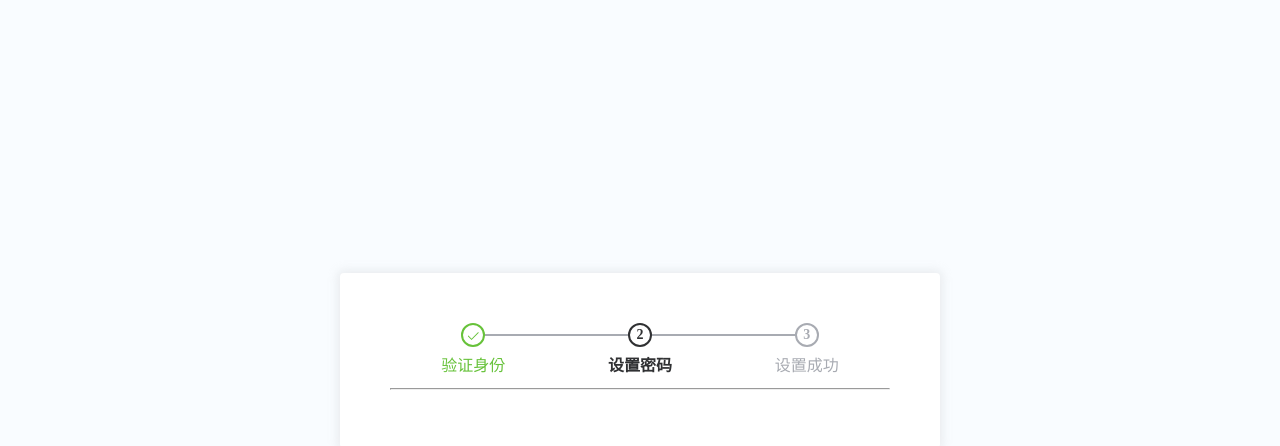
Repository: Harmony-camp/ckw-manager
Page: /#/ForgotPassword (app in manage/)
The author's editor kept a copy of each file at every save. The page is drawn from the files as they stood at one save, then again after the next save.
The browser window is 1280 px wide. The pictures show the whole page.
The project was rebuilt for these pictures with package versions that can differ from the ones it lists, and the page was loaded fresh each time. Also part of the build but not shown: manage/vite.config.js.

Above is the page before, as saved 2023-05-27 10:14:18.

### manage/src/main.js
import { createApp } from 'vue'
import router from './router'
import ElementPlus from 'element-plus'
import 'element-plus/dist/index.css'
import App from './App.vue'
import store from './store'
import * as ELIcons from '@element-plus/icons-vue'
import storage from './utils/storage'

const app = createApp(App)

app.directive("has",{
	beforeMount:(el,binding)=>{

		let actionList = storage.getItem("actionList")
		let value = binding.value
		let hasPermission = actionList.includes(value)
		if(!hasPermission){
			el.style="display:none"
			setTimeout(()=>{
				el.parentNode.removeChild(el)
			},0)
		}
	}
})

for (let iconName in ELIcons) {
	app.component(iconName, ELIcons[iconName])
}

app.use(router).use(store).use(ElementPlus).mount('#app')

### manage/src/router/index.js
import { createRouter, createWebHashHistory } from 'vue-router'
import { defineAsyncComponent } from 'vue'

import storage from '../utils/storage'
import {getPermissionList} from '../api'
import utils from '../utils/utils'

const routes = [
  {
    name: "home",
    path: "/",
    component: ()=>import("../components/Home.vue"),
    redirect: "Welcome",
    meta: {
      title: "首页"
    },
    children: [
      {
        name: "welcome",
        path: "/welcome",
        meta: {
          title: "欢迎使用本系统"
        },
        component: () => import("../views/Welcome.vue")
      },
      {
        name: "profile",
        path: "/profile",
        redirect: "analysis",
        meta: {
          title: "个人中心"
        },
        component: () => import("../views/profile/index.vue"),
        children:[
          {
            name: "analysis",
            path: "/profile/analysis",
            meta: {
              title: "个人整体分析"
            },
            component: () => import("../views/profile/Analysis.vue"),
          },
          {
            name: "award-time",
            path: "/profile/award-time",
            meta: {
              title: "获奖时间"
            },
            component: () => import("../views/profile/AwardTime.vue"),
          },
        ]
      },
    ]
  },

  {
    name: "login",
    path: "/login",
    meta: {
      title: "登录"
    },
    component: () => import("../views/login/Login.vue")
  },
  {
    name: "register",
    path: "/register",
    meta: {
      title: "注册"
    },
    component: () => import("../views/login/Register.vue")
  },
  {
    name: "ForgotPassword",
    path: "/ForgotPassword",
    meta: {
      title: "注册"
    },
    component: () => import("../views/login/ForgotPassword.vue")
  },

  {
    name: "404",
    path: "/404",
    meta: {
      title: "页面不存在"
    },
    component: () => import("../views/login/404.vue")
  },

]

const router = createRouter({
  history: createWebHashHistory(),
  routes
})

async function loadAsyncRoutes(){
  let userinfo  = storage.getItem("userinfo") || {}
  if(userinfo.token){
    try{
      const {menuList} =  await getPermissionList()
      let routes = utils.generateRoute(menuList)
      routes.map(route=>{
        let url = `../views/${route.component}.vue`
        route.component =  ()=>import(/* @vite-ignore */url)
        router.addRoute("home",route)
      })
    }catch(error){
      console.log('error :>> ', error);
    }
  }
}

await loadAsyncRoutes()
function checkPermission(path){
  let routes =[]
  router.getRoutes().forEach(item=>{
    routes.push(item.path)
  })
  return routes.includes(path)
}

router.beforeEach((to,form,next)=>{
  if(checkPermission(to.path) || to.path =="/"){
    document.title = to.meta.title
    next()
  }else{
    next("/404")
  }
})

export default router

### manage/src/App.vue
<template>
  <router-view></router-view>
</template>

<script setup>

</script>

<style lang="scss">
@import './assets/style/reset.css';
@import './assets/style/index.scss';
</style>

### manage/src/store/index.js
/**
 * vuex状态管理
 */
import {createStore} from 'vuex'
import mutations from './mutations'
import storage from '../utils/storage'

const state = {
  userinfo:storage.getItem("userinfo") || {},
  menuLit:storage.getItem("menuList") || [],
  actionList :storage.getItem("actionListList") || [],
  noticeCount:0
}

export default createStore({
  state,
  mutations
})

### manage/src/utils/storage.js
/**
 * Storage二次封装
 * @author yyy
 */
import config from "../config"

export default{
  setItem(key,val){
    let storage = this.getStorage()
    storage[key] = val
    window.localStorage.setItem(config.namespace,JSON.stringify(storage))
  },
  getItem(key){
    return this.getStorage()[key]
  },
  getStorage(){
    return JSON.parse( window.localStorage.getItem(config.namespace )|| "{}")
  },
  clearItem(key){
    let storage = this.getStorage()
    delete storage[key]
    window.localStorage.setItem(config.namespace,JSON.stringify(storage))
  },
  clearAll(){
    window.localStorage.clear()
  },
}

### manage/src/api/index.js
/**
 * api管理
 */

import request from "../utils/request"

/**
 * 用户登录
 * @param {Object} params
 * @returns
 */
export  const UserLogin = (params)=>{
  return request({
      url:"/users/login",
      method:"post",
      data:params,
    })
  }

/**
 * 获取是否有信息需要处理
 * @param {Object} params
 * @returns
 */
export  const NoticeCount = (params)=>{
  return request({
    url:"/leave/count",
    method:"get",
    data:params,
    // mock:true
  })
}

/**
 * 获取菜单
 * @returns
 */
export  const MenuList = (params)=>{
  return request({
    url:"/menu/list",
    method:"get",
    data:params,
    // mock:true
  })
}

/**
 * 获取用户列表
 * @param {Object} params
 * @returns
 */

export  const GetUserList = (params)=>{
  return request({
    url:"/users/list",
    method:"get",
    data:params,
  })
}
export  const GetAllUserList = ()=>{
  return request({
    url:"/users/all/list",
    method:"get",
    // mock:true
  })
}
/**
 * 删除用户，可批量删除
 * @param {Array} params
 * @returns
 */
export  const UserDelete = (params)=>{
  return request({
    url:"/users/delete",
    method:"post",
    data:params,
    // mock:true
  })
}
/**
 * 获取角色信息
 * @returns
 */
export  const GetRoleAllList = ()=>{
  return request({
    url:"/roles/allList",
    method:"get",
    data:{},
    // mock:true
  })
}
export  const GetRoleList = (param)=>{
  return request({
    url:"/roles/list",
    method:"get",
    data:param,
    // mock:true
  })
}
/**
 * 获取部门信息
 * @returns
 */
export  const GetDeptList = (params)=>{
  return request({
    url:"/dept/list",
    method:"get",
    data:params,
    // mock:true
  })
}

/**
 * 角色增删改查
 * @param {Object} params
 * @returns
 */
export  const UserSubmit = (params)=>{
  return request({
    url:"/users/operate",
    method:"post",
    data:params,
    // mock:true
  })
}
/**
 * 菜单操作
 * @param {Object} params
 * @returns
 */
export  const MenuSubmit = (params)=>{
  return request({
    url:"/menu/operate",
    method:"post",
    data:params,
    // mock:true
  })
}

export  const RoleOperate = (params)=>{
  return request({
    url:"/roles/operate",
    method:"post",
    data:params,
    // mock:true
  })
}
export  const DeptOperate = (params)=>{
  return request({
    url:"/dept/operate",
    method:"post",
    data:params,
    // mock:true
  })
}
export  const UpdatePermission = (params)=>request({
    url:"/roles/update/permission",
    method:"post",
    data:params,
    // mock:true
})



export const getPermissionList = ()=>request.get("/users/getPermissionList")
export const GetApplyList  = params=>request.get("/leave/list",params,{mock:false})
export const LeaveOperate  = params=>request.post("/leave/operate",params,{mock:false})
export const LeaveApprove  = params=>request.post("/leave/approve",params,{mock:false})

export const dataToTestify  = params=>request.post("/teacher/createTestify",params)

//获取注册页面角色
export const getRegisterRoleList = params=>request.get("/roles/allList",params)

//获取模块分类排序数据
export const querySortList = params=>request.get("/teacher/query",params)

export const GetTeacherlList = params=>request.get("/teacher/list",params)
export const GetTeacherApprovallList = params=>request.get("/teacher/approvalList",params)

### manage/src/utils/utils.js
/**
 * 工具函数封装
 */
import {GetTeacherlList} from '../api'
export default{
  formateDate(date,rule){
    let fmt = rule || 'MM-dd hh:mm:ss'

    const o = {

      "M+":date.getMonth(),
      "d+":date.getDate(),
      "h+":date.getHours(),
      "m+":date.getMinutes(),
      "s+":date.getSeconds(),

    }
    for(let key in o){
      if(new RegExp(`(${key})`).test(fmt)){
        const val = o[key] + ''
        fmt =  fmt.replace(RegExp.$1,RegExp.$1.length==1?val:('00'+val).substring(val.length))
      }
    }
    return date.getFullYear()+"-" + fmt
  },
  generateRoute(menuList){
    let routes = []

    const deepList = (list)=>{
      while(list.length){
        let item = list.pop()
        if(item.action){
          routes.push({
            name:item.menuName,
            path:item.path,
            meta:{
              title:item.menuName
            },
            component:item.component
          })

        }
        if(item.children && !item.action){
          deepList(item.children)
        }
      }
    }
    deepList(menuList)
    return routes
  },
  async getTeacherApprovalList(action,userId){

    let res = await GetTeacherlList({action,userId})
    return res
  }
}

### manage/src/views/login/ForgotPassword.vue
<template>
  <div class="forgot-wrapper">
    <div class="modal">
      <el-steps align-center	 :active="1" finish-status="success">
      <el-step title="验证身份" />
      <el-step title="设置密码" />
      <el-step title="设置成功" />
    </el-steps>
    <hr>

    </div>
  </div>
</template>

<script setup>

</script>

<style lang="scss">
.forgot-wrapper {
  display: flex;
  justify-content: center;
  align-items: center;
  background-color: #f9fcff;
  width: 100vw;
  height: 100vh;
  .modal {
    width: 600px;
    padding: 50px;
    background-color: #fff;
    border-radius: 4px;
    box-shadow: 0px 0px 10px 3px #c7c9cb4d;

  }
}
</style>

### manage/src/assets/style/index.scss
html, body {
  height: 100%;
  width: 100%;
}
*:not([class^='el-']) {
  box-sizing: border-box;
}
.white{
  background-color: #ffffff;
}
a{
  text-decoration: none;
}
.gray{
  background-color: #eef0f3;
}
.mr10{
  margin-right: 10px;
}
.mr20{
  margin-right: 20px;
}
.mb20{
  margin-bottom: 20px;
}
.m-lr10{
  margin-left: 10px;
  margin-right: 10px;
}
.p20{
  padding: 20px;
}
.pl20{
  padding-left: 20px;
}
.text-right{
  text-align: right;
}
.fr{
  float: right;
}
.flex{
  display: flex;
}
.flex-between{
  display: flex;
  justify-content: space-between;
}
.flex-center{
  display: flex;
  justify-content: center;
}
.tips{
  margin-left: 15px;
  color: #787878;
}


/*
* 公共样式
*/
.query-form {
  background-color: #ffffff;
  padding: 22px 20px 0;
  border-radius: 5px;
}
.base-table {
  border-radius: 5px;
  background: #ffffff;
  margin-top: 20px;
  margin-bottom: 20px;
  .action {
    border-radius: 5px 5px 0px 0px;
    background: #ffffff;
    padding: 20px;
    border-bottom: 1px solid #ece8e8;
  }
  .el-pagination{
     justify-content: flex-end;
     padding-right: 20px;
     padding-top: 20px;
     padding-bottom: 5px;
  }

}

### manage/src/store/mutations.js
/**
 * Mutations业务层数据提交
 */


import storage from "../utils/storage";

export default {
  saveUserInfo(state,userinfo){
    state.userinfo = userinfo;
    storage.setItem("userinfo",userinfo)
  },
  saveMenuList(state,menuList){
    state.menuList = menuList;
    storage.setItem("menuList",menuList)
  },
  saveActionList(state,actionList){
    state.actionList = actionList;
    storage.setItem("actionList",actionList)
  },
  saveNoticeCount(state,noticeCount){
    state.noticeCount = noticeCount;
    storage.setItem("noticeCount",noticeCount)
  },
}

### manage/src/config/index.js

const env = import.meta.env.MODE || "prod";

const EnvConfig = {
  dev:{
    baseApi:"/api",
    mockApi:"https://www.fastmock.site/mock/fa4c18963ab634ec12a063962937ba52/api"
  },
  test:{
    baseApi:"https://www.fastmock.site/mock/fa4c18963ab634ec12a063962937ba52/api",
    mockApi:"https://www.fastmock.site/mock/fa4c18963ab634ec12a063962937ba52/api"
  },
  prod:{
    baseApi:"/api",
    mockApi:"https://www.fastmock.site/mock/fa4c18963ab634ec12a063962937ba52/api"
  }
}

export default{
  env:"dev",
  mock:false,
  namespace:'manage',
  ...EnvConfig[env]
}

### manage/src/utils/request.js
/**
 * axios二次封装
 */

import axios from 'axios'
import {ElMessage} from 'element-plus'
import router from '../router'
import config from '../config'
import storage from './storage'
const TOKEN_INVALID = "token认证失败，请从新登陆"
const NETWORK_ERROR = "网络请求异常，请稍后重试"

//TODO axios实例对象，添加全局配置
const service = axios.create({
  baseURL:config.baseApi,
  timeout:8000
})


service.interceptors.request.use(req=>{

  //TODO 封装请求拦截
  const headers = req.headers;
  const {token} = storage.getItem("userinfo") || {}
  if(!headers.Authorization) headers.Authorization = "Bearer "  + token
  return req

})


service.interceptors.response.use(res=>{
  const {code,data,msg} = res.data;
  if(code === 200) return data;
  else if(code === 50001){
    ElMessage.error(TOKEN_INVALID)
    setTimeout(()=>{
      router.push('/login')
      return Promise.reject(TOKEN_INVALID)
    },1500)
  }else{
    ElMessage.error(msg|| NETWORK_ERROR)
    return Promise.reject(msg||NETWORK_ERROR)
  }

})


/**
 * 请求核心参数
 * @param {*} options 请求配置
 * @returns
 */

function request(options){
  options.method = options.method || "get"
  if(options.method.toLowerCase() === 'get'){
    options.params = options.data;
  }
  let isMock  = config.mock
  if(typeof options.mock != "undefined") isMock = options.mock
  if(config.env === 'prod'){
    service.defaults.baseURL = config.baseApi
  }else{
    service.defaults.baseURL = isMock? config.mockApi:config.baseApi
  }
  return service(options)
}

["get","post","put","delete",'patch'].forEach(item=>{
  request[item] = (url,data,options)=>{
    return request({
      url,
      data,
      method:item,
      ...options
    })
  }
})

export default request

Loaded but not shown: manage/index.html (common file); manage/src/assets/style/reset.css (common file)

After the next save:
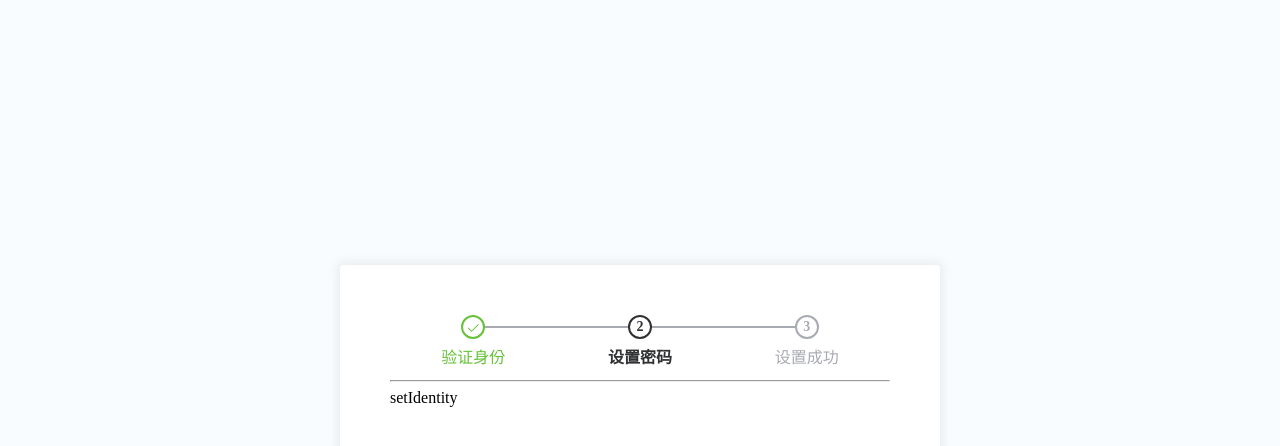
Saved 15 s later.
--- a/manage/src/views/login/ForgotPassword.vue
+++ b/manage/src/views/login/ForgotPassword.vue
@@ -7,7 +7,7 @@
       <el-step title="设置成功" />
     </el-steps>
     <hr>
-
+    setIdentity
     </div>
   </div>
 </template>

After the save that followed:
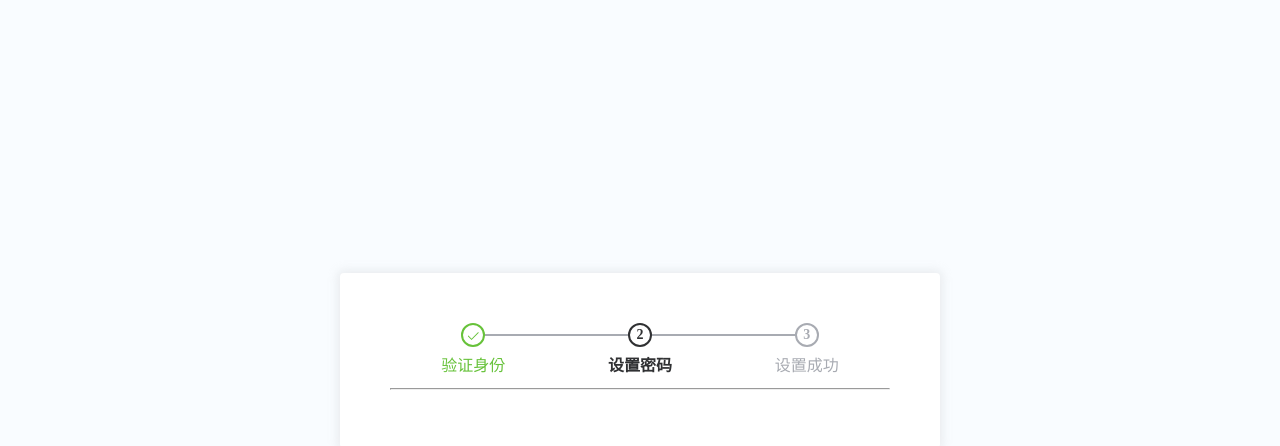
Saved 4 s later.
--- a/manage/src/views/login/ForgotPassword.vue
+++ b/manage/src/views/login/ForgotPassword.vue
@@ -7,7 +7,9 @@
       <el-step title="设置成功" />
     </el-steps>
     <hr>
-    setIdentity
+    <div class="setIdentity">
+
+    </div>
     </div>
   </div>
 </template>
